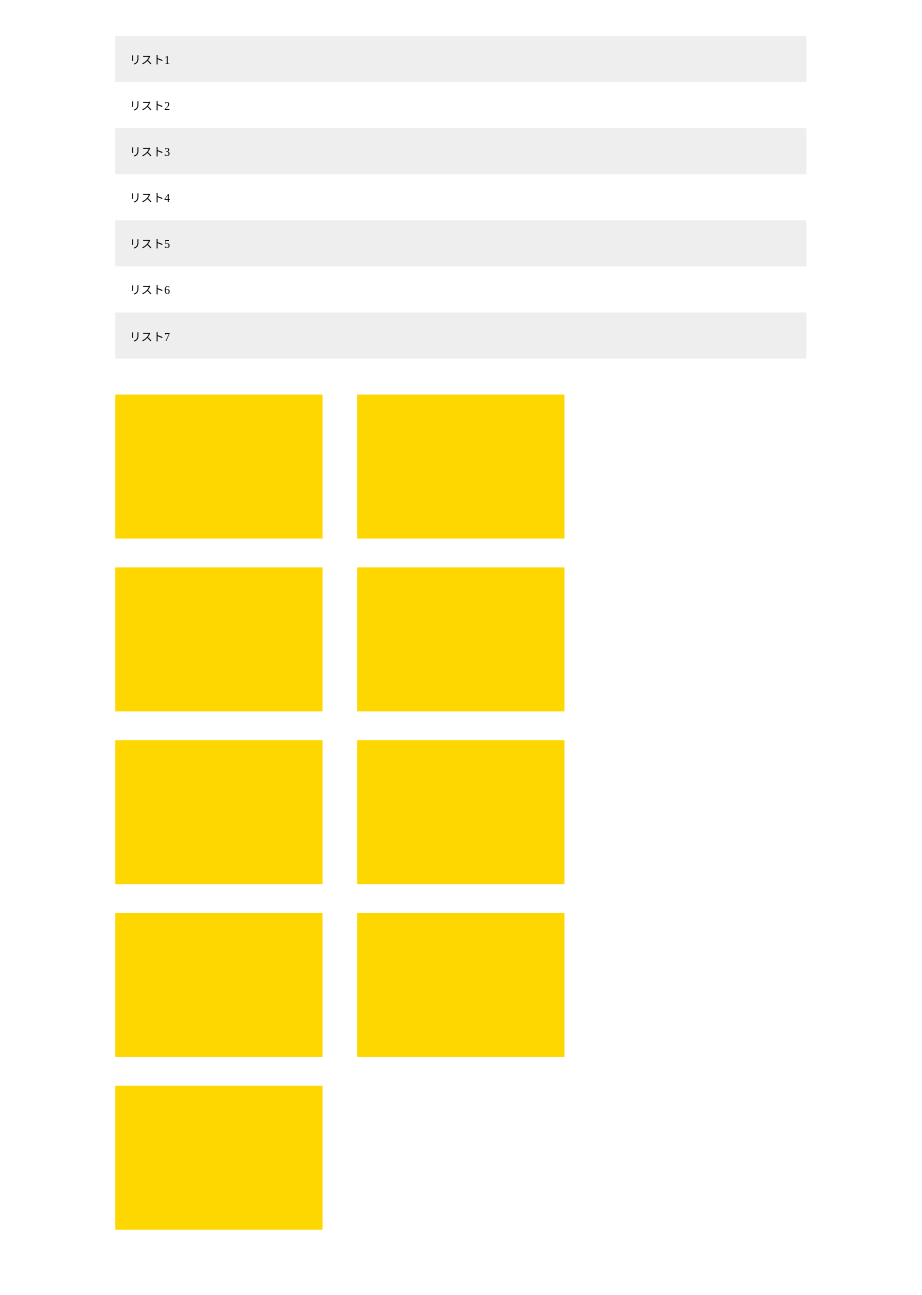
Repository: ryo32sun/Html-Practice
Page: practice/chapter8.html
The author's editor kept a record of every edit. The page is drawn from the files as they stood at one moment, then again after the next edit.
The browser window is 1280 px wide. The pictures show the whole page, at 72% of full size.

Above is the page before.

After the next edit:
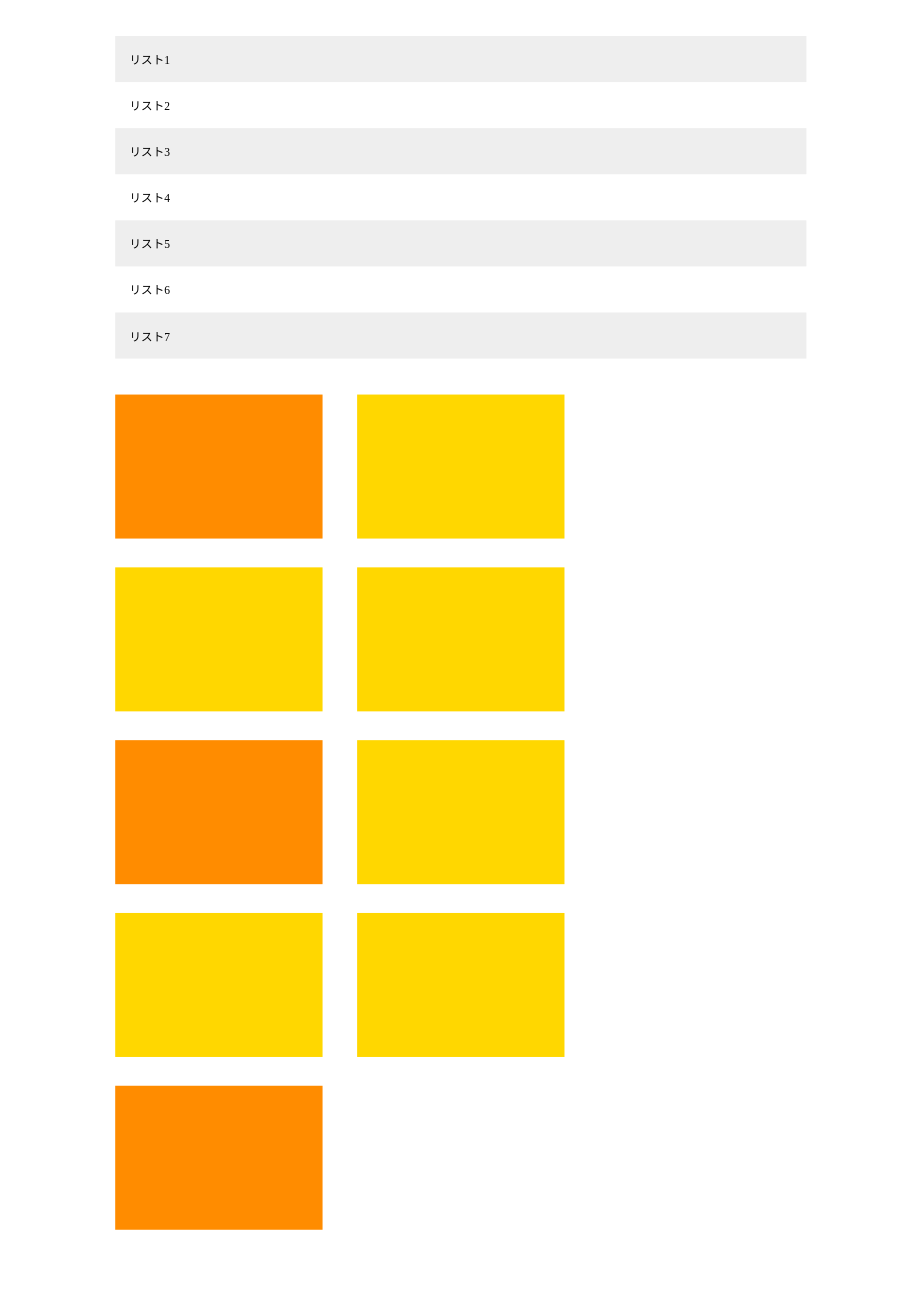
The edit:
--- a/practice/chapter8.css
+++ b/practice/chapter8.css
@@ -34,7 +34,7 @@
 }
 
 
-.block:first-fhild,
+.block:first-child,
 .block:nth-child(5),
 .block:last-child {
   background-color: #ff8c00;
